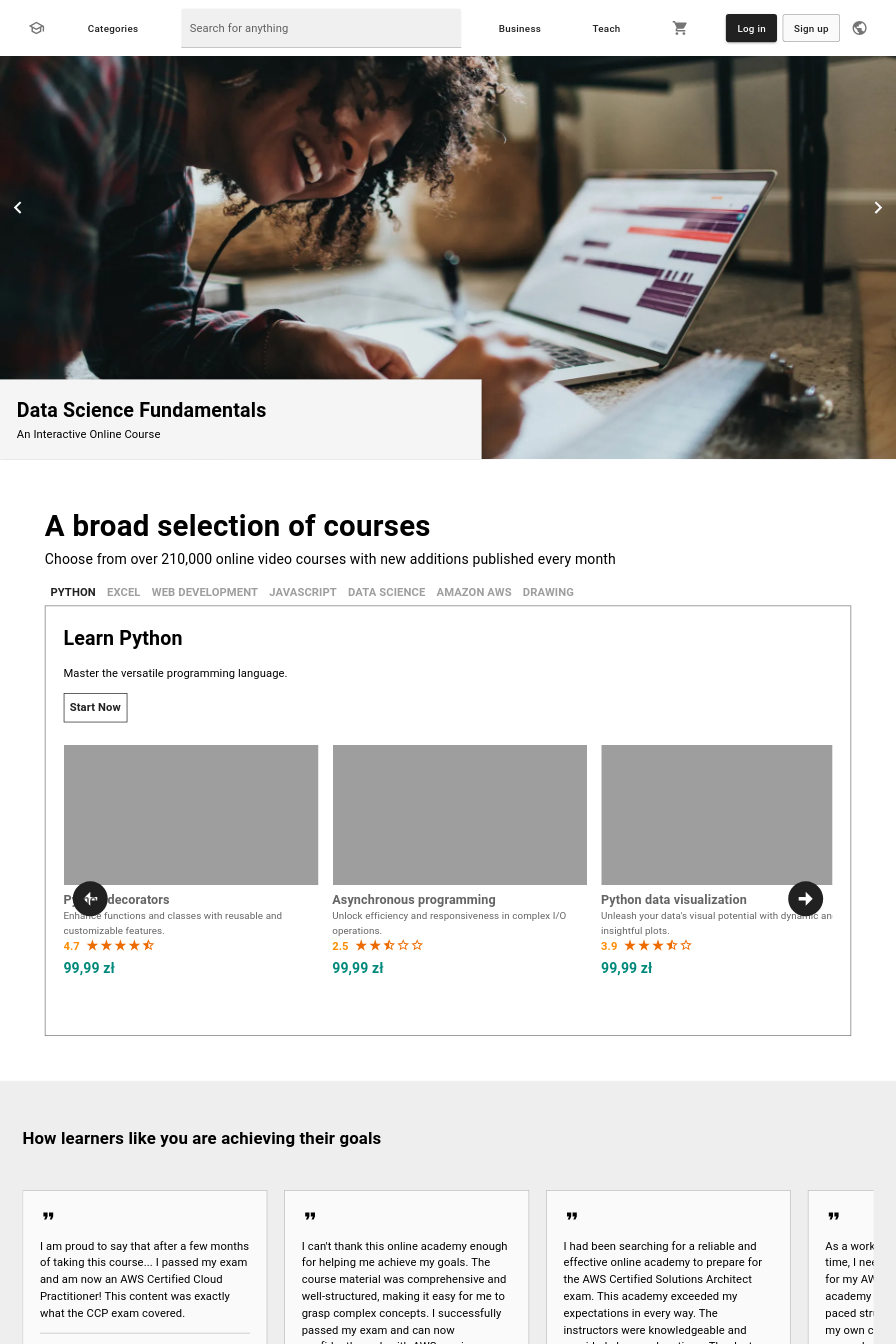
Repository: princ3-web/academy
Page: /
An editor plug-in stored every save of this project. The page is shown before and after a run of saves, followed by the edit.
The browser window is 1280 px wide. The pictures show the part of the page from y = 0 to 1920 px (the page is 5458 px tall), at 70% of full size.
Pictures or frames that could not be fetched are drawn as grey boxes. The project was rebuilt for these pictures with package versions that can differ from the ones it lists, and the page was loaded fresh each time. Also part of the build but not shown: vite.config.js, src/pages/Courses.jsx, src/pages/Business.jsx, src/pages/Teach.jsx.

Above is the page before, as saved 2023-07-12 16:37:21.

After the next 9 saves:
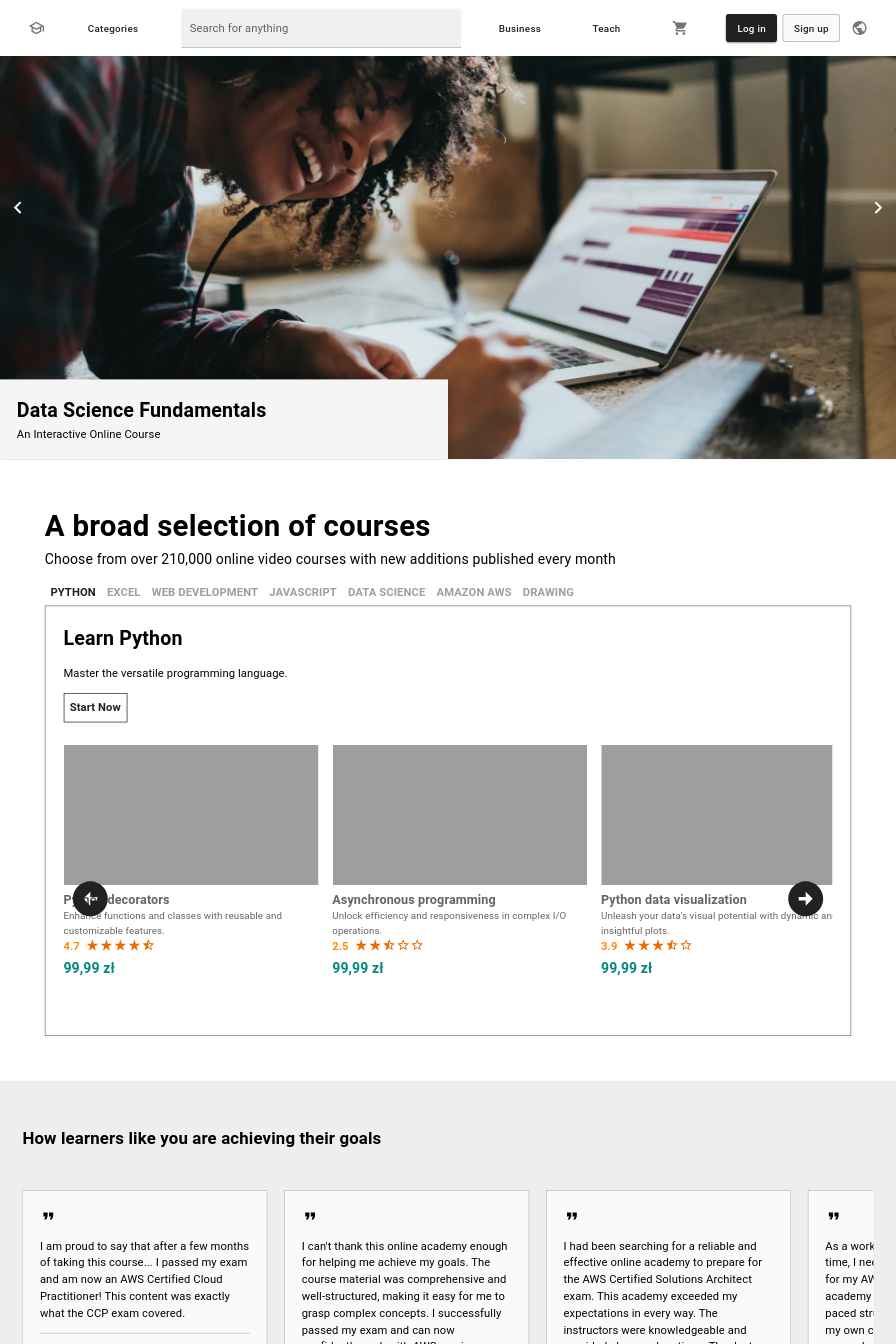
The 9 saves are shown as one change because they came seconds apart.
The last was saved 26 s later.
--- a/src/components/SingleCarousel.jsx
+++ b/src/components/SingleCarousel.jsx
@@ -71,7 +71,8 @@
               bottom: 0,
               zIndex: 1,
               boxShadow: 10,
-              width: "50vw",
+              width: "50%",
+              boxSizing:"border-box",
               backgroundColor: grey[100],
             }}
           >
